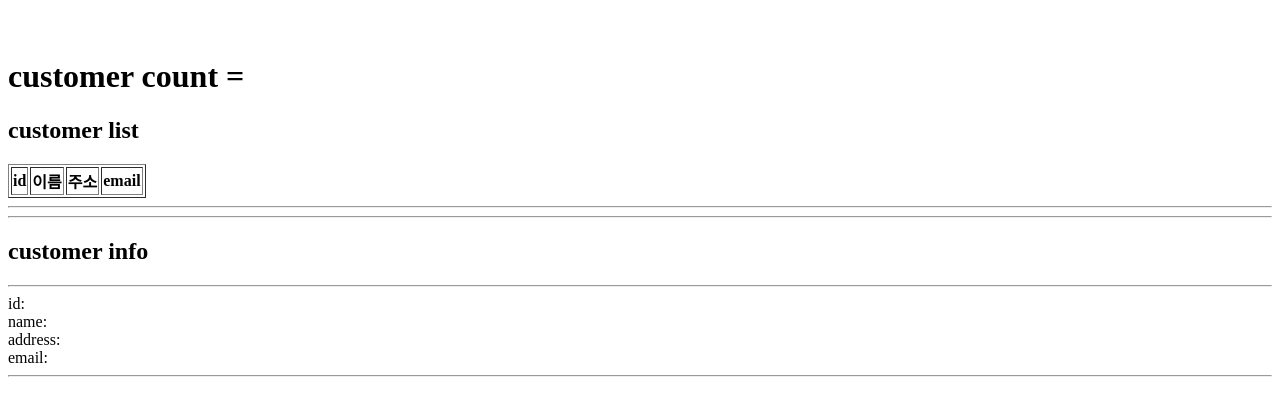
Repository: bluegony/spring_study
Page: http://localhost/webhello/WEB-INF/views/customer.jsp
The author's editor kept a copy of each file at every save. The page is drawn from the files as they stood at one save, then again after the next save.
The browser window is 1280 px wide. The pictures show the whole page.
The page is served by Tomcat 9. Nobody is signed in. Other server files are loaded and not shown. The template is opened directly, without the code that normally fills it, so the values that code supplies are empty.

Above is the page before, as saved 2013-09-09 07:35:05.

### webhello/src/main/webapp/WEB-INF/views/customer.jsp
<%@ page language="java" contentType="text/html; charset=UTF-8"
	pageEncoding="UTF-8"%>
<%@ taglib uri="http://java.sun.com/jsp/jstl/core" prefix="c"%>
<!DOCTYPE html PUBLIC "-//W3C//DTD HTML 4.01 Transitional//EN" "http://www.w3.org/TR/html4/loose.dtd">
<html>
<head>
<meta http-equiv="Content-Type" content="text/html; charset=UTF-8">
<title>Insert title here</title>
</head>
<body>
	<h1>
		<c:out value="${msg}" />
		<br /> customer count = ${ccount }<br />
	</h1>

	<h2>customer list</h2>
	<table BORDER="1">
		<tr>
			<th>id</th>
			<th>이름</th>
			<th>주소</th>
			<th>email</th>
		</tr>
		<c:forEach items="${customerList}" var="cunit">
			<tr>
				<td>${cunit.custId}</td>
				<td>${cunit.custName}</td>
				<td>${cunit.custAddr}</td>
				<td>${cunit.custEmail}</td>
			</tr>
		</c:forEach>
	</table>

	<hr />
	<hr />
	<h2>customer info</h2>
	<hr />
	id: ${cinfo.custId}
	<br /> name: ${cinfo.custName}
	<br /> address: ${cinfo.custAddr}
	<br /> email: ${cinfo.custEmail}
	<br />
	<hr />

</body>
</html>

After the next save:
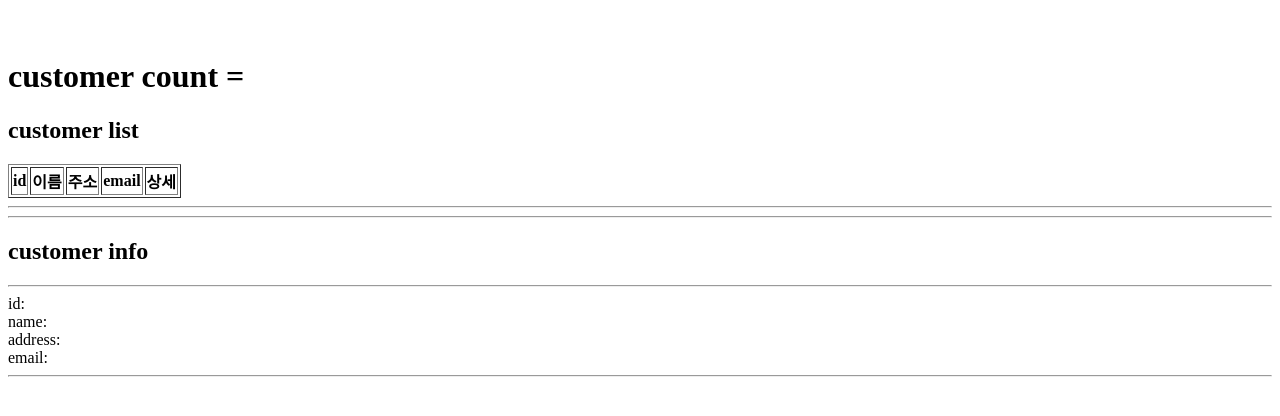
Saved 64 s later.
--- a/webhello/src/main/webapp/WEB-INF/views/customer.jsp
+++ b/webhello/src/main/webapp/WEB-INF/views/customer.jsp
@@ -20,6 +20,7 @@
 			<th>이름</th>
 			<th>주소</th>
 			<th>email</th>
+			<th>상세</th>
 		</tr>
 		<c:forEach items="${customerList}" var="cunit">
 			<tr>
@@ -27,6 +28,7 @@
 				<td>${cunit.custName}</td>
 				<td>${cunit.custAddr}</td>
 				<td>${cunit.custEmail}</td>
+				<td>상세</td>l
 			</tr>
 		</c:forEach>
 	</table>
